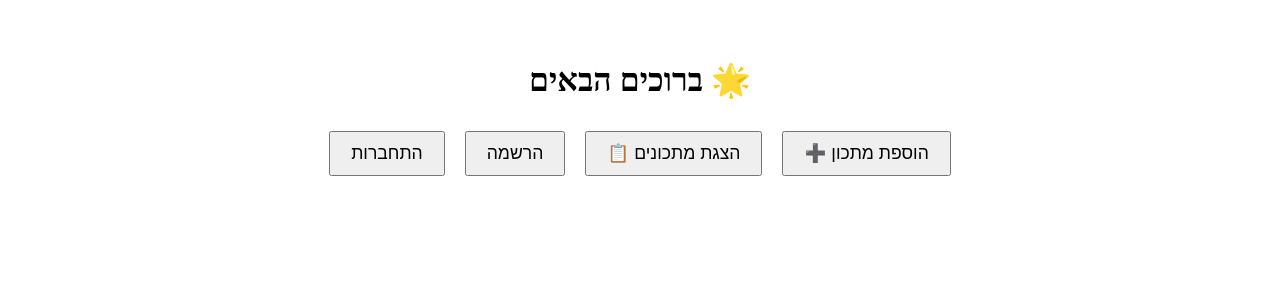
Repository: saraAber/Recipes_ReactProject
Page: /
These files come from the project's save history. The page is drawn as it stood at one moment and after the next save; the edit follows.
The browser window is 1280 px wide. The pictures show the whole page.
The project was rebuilt for these pictures with package versions that can differ from the ones it lists, and the page was loaded fresh each time. Also part of the build but not shown: vite.config.ts, src/components/Login.tsx, src/components/SignIn.tsx.

Above is the page before, as saved 2025-05-04 21:48:41.

### src/main.tsx
// import { BrowserRouter as Router, Routes, Route } from "react-router-dom";
// import HomePage from "./components/HomePage.tsx";
// import Recipes from './components/Recipes.tsx'
// import AddRecipe from './components/addRecipe.tsx';
// import EditRecipe from './components/editRecipe.tsx';
// import { AuthProvider } from "./contexts/AuthUserContext.tsx";
// import { Outlet } from 'react-router-dom';

// function App() {

//   return (
//     <>
//       <AuthProvider>
//         <Router>
//           <Routes>
//             <Route path="/" element={<Outlet />} />
//             <Route path='*' element={<HomePage />} />
//             <Route path='/recipes' element={<Recipes />} />
//             <Route path="/editRecipe" element={<EditRecipe recipeId={1} onRecipeUpdated={(updatedRecipe) => console.log(updatedRecipe)} />} />
//             <Route path='/addRecipe' element={<AddRecipe />} />

//           </Routes>
//           <Outlet />
//         </Router>
//       </AuthProvider>

//     </>
//   )
// }
// export default App


import React from "react";
import ReactDOM from "react-dom/client";
import App from "./App"; // לוודא שהנתיב נכון!

ReactDOM.createRoot(document.getElementById("root")!).render(
  <React.StrictMode>
    <App />
  </React.StrictMode>
);

### src/App.tsx
import { BrowserRouter as Router, Routes, Route } from "react-router-dom";
import "./App.css";
import HomePage from "./components/HomePage";
import { AuthProvider } from "./contexts/AuthUserContext";

function App() {
  console.log("App Loaded!");

  return (
    <AuthProvider>
      <Router>
        <Routes>
          <Route path="/" element={<HomePage />} />
          {/* <Route path="/recipes" element={<Recipes />} />
          <Route path="/editRecipe" element={<EditRecipe recipeId={1} onRecipeUpdated={(updatedRecipe) => console.log(updatedRecipe)} />} />
          <Route path="/addRecipe" element={<AddRecipe />} /> */}
          <Route path="*" element={<HomePage />} />
        </Routes>
      </Router>
    </AuthProvider>
  );
}

export default App;

### src/App.css
body{
  background-color: ;
}
.home-container {
  text-align: center;
  padding: 2rem;
}

.button-group button {
  margin: 10px;
  padding: 10px 20px;
  font-size: 1.1rem;
}

.modal-overlay {
  position: fixed;
  top: 0; left: 0; right: 0; bottom: 0;
  background: rgba(0, 0, 0, 0.75);
  display: flex; align-items: center; justify-content: center;
  z-index: 1000;
}

.modal {
  background: #000;
  color: aquamarine;
  padding: 30px;
  border: 2px solid white;
  border-radius: 15px;
  width: 300px;
}

.modal input {
  width: 100%;
  margin-bottom: 10px;
  padding: 8px;
}

.modal-buttons {
  display: flex;
  justify-content: space-between;
}

.error {
  color: red;
  font-size: 12px;
}

### src/components/HomePage.tsx
// import { useState } from "react";
// import { useNavigate } from "react-router-dom";
// import { useAuth } from "../contexts/AuthUserContext"; // אם מוגדר alias ב-vite.config.ts
// import axios from "axios"; // ודא שהוא מותקן עם npm install axios

// function HomePage() {
//   const [text, setText] = useState("Enter to recipes!");
//   const [showModal, setShowModal] = useState(false); // מודאל להרשמה
//   const [showLoginModal, setShowLoginModal] = useState(false); // מודאל להתחברות
//   const [email, setEmail] = useState("");
//   const [password, setPassword] = useState("");
//   const [name, setName] = useState("");
//   const [phone, setPhone] = useState("");
//   const [tz, setTz] = useState("");
//   const [errors, setErrors] = useState<{ email?: string; password?: string; name?: string; phone?: string; tz?: string }>({});
//   const navigate = useNavigate();
//   const { saveUser } = useAuth();

//   // פונקציה להתחברות
//   const handleLogin = async () => {
//     setErrors({});
//     // בדיקה אם השדות ריקים
//     if (!email || !password) {
//       setErrors({ email: "יש למלא את כל השדות" });
//       return; // אם השדות ריקים, לא שולחים את הבקשה ל-API
//     }

//     try {
//       // שליחת בקשת התחברות ל-API
//       const response = await axios.post('http://localhost:8080/api/user/sighin', {
//         username: email, // יש לוודא שהשם שמקבלים ב-API זה 'Username'
//         password: password, // יש לוודא גם שהשם של הסיסמה הוא 'Password'
//       });

//       console.log("Login Success:", response.data);
//       saveUser(response.data.user); // שמירה של המשתמש לאחר התחברות מוצלחת
//       navigate("/recipes"); // ניווט לדף המתכונים לאחר התחברות מוצלחת
//     } catch (error) {
//       console.error("Login Error:", error);
//       setErrors({ email: "שגיאה בהתחברות. בדוק את הפרטים ונסה שוב." });
//     }
//   };

//   // פונקציה להרשמה
//   const handleRegister = async () => {
//     setErrors({});
//     let newErrors: { email?: string; password?: string; name?: string; phone?: string; tz?: string } = {};

//     if (!email.includes("@") || !email.includes(".")) newErrors.email = "האימייל חייב להיות תקין (למשל: example@mail.com)";
//     if (!password.trim()) newErrors.password = "יש להזין סיסמה";
//     if (!name.trim()) newErrors.name = "יש להזין שם";
//     if (!phone.trim()) newErrors.phone = "יש להזין מספר טלפון";
//     if (!tz.trim()) newErrors.tz = "יש להזין מספר זהות";

//     if (Object.keys(newErrors).length > 0) {
//       setErrors(newErrors);
//       return;
//     }

//     // אם המייל לא קיים, נבצע הרשמה
//     try {
//       const response = await axios.post('http://localhost:8080/api/user/sighin', {
//         name: name,
//         phone: phone,
//         tz: tz,
//         email: email,
//         password: password,
//       });

//       console.log("Registration Success:", response.data);
//       saveUser(response.data.user); // שמירה של המשתמש לאחר הרשמה
//       alert("נרשמת בהצלחה!");
//       setShowModal(false);
//       navigate("/home"); // לאחר הרשמה מוצלחת, נווט לדף הבית

//     } catch (error) {
//       console.error("Registration Error:", error);
//       setErrors({ email: "שגיאה בהרשמה. נסה שוב." });
//     }
//   };

//   return (
//     <div>
//       <h1>Welcome to the Home Page!</h1>
//       <div className="extra-card">
//         {/* כפתור שיפתח את המודאל של התחברות */}
//         <button onClick={() => setShowLoginModal(true)}>{text}</button>
//         {/* כפתור שיפתח את המודאל של הרשמה */}
//         <button onClick={() => setShowModal(true)}>to connect~</button>
//       </div>

//       {/* מודאל של התחברות */}
//       {showLoginModal && (
//         <div style={{ position: "fixed", top: "0", left: "0", right: "0", bottom: "0", backgroundColor: "rgba(0, 0, 0, 0.7)", zIndex: "999", display: "flex", justifyContent: "center", alignItems: "center" }}>
//           <div style={{ backgroundColor: "black", color: "aquamarine", padding: "55px", border: "2px solid white", borderRadius: "15px", boxShadow: "0 0 10px rgba(255, 255, 255, 0.3)" }}>
//             <h2>התחבר</h2>
//             <input type="email" placeholder="אימייל" value={email} onChange={(e) => setEmail(e.target.value)} style={{ display: "block", marginBottom: "8px", padding: "5px", width: "100%" }} />
//             {errors.email && <span style={{ color: "red", fontSize: "12px" }}>{errors.email}</span>}
//             <input type="password" placeholder="סיסמה" value={password} onChange={(e) => setPassword(e.target.value)} style={{ display: "block", marginBottom: "5px", padding: "5px", width: "100%" }} />
//             {errors.password && <span style={{ color: "red", fontSize: "12px" }}>{errors.password}</span>}
//             <br /><br />
//             <button onClick={handleLogin} style={{ marginRight: "10px" }}>כניסה</button>
//             <button onClick={() => setShowLoginModal(false)}>סגור</button>
//           </div>
//         </div>
//       )}

//       {/* מודאל של הרשמה */}
//       {showModal && (
//         <div style={{ position: "fixed", top: "0", left: "0", right: "0", bottom: "0", backgroundColor: "rgba(0, 0, 0, 0.7)", zIndex: "999", display: "flex", justifyContent: "center", alignItems: "center" }}>
//           <div style={{ backgroundColor: "black", color: "aquamarine", padding: "55px", border: "2px solid white", borderRadius: "15px", boxShadow: "0 0 10px rgba(255, 255, 255, 0.3)" }}>
//             <h2>הירשם</h2>
//             <input type="text" placeholder="שם" value={name} onChange={(e) => setName(e.target.value)} style={{ display: "block", marginBottom: "8px", padding: "5px", width: "100%" }} />
//             {errors.name && <span style={{ color: "red", fontSize: "12px" }}>{errors.name}</span>}
//             <input type="tel" placeholder="טלפון" value={phone} onChange={(e) => setPhone(e.target.value)} style={{ display: "block", marginBottom: "8px", padding: "5px", width: "100%" }} />
//             {errors.phone && <span style={{ color: "red", fontSize: "12px" }}>{errors.phone}</span>}
//             <input type="text" placeholder="ת.ז" value={tz} onChange={(e) => setTz(e.target.value)} style={{ display: "block", marginBottom: "8px", padding: "5px", width: "100%" }} />
//             {errors.tz && <span style={{ color: "red", fontSize: "12px" }}>{errors.tz}</span>}
//             <input type="email" placeholder="אימייל" value={email} onChange={(e) => setEmail(e.target.value)} style={{ display: "block", marginBottom: "8px", padding: "5px", width: "100%" }} />
//             {errors.email && <span style={{ color: "red", fontSize: "12px" }}>{errors.email}</span>}
//             <input type="password" placeholder="סיסמה" value={password} onChange={(e) => setPassword(e.target.value)} style={{ display: "block", marginBottom: "5px", padding: "5px", width: "100%" }} />
//             {errors.password && <span style={{ color: "red", fontSize: "12px" }}>{errors.password}</span>}
//             <br /><br />
//             <button onClick={handleRegister} style={{ marginRight: "10px" }}>הרשמה</button>
//             <button onClick={() => setShowModal(false)}>סגור</button>
//           </div>
//         </div>
//       )}
//     </div>
//   );
// }

// export default HomePage;


import { useState } from "react";
import { useNavigate } from "react-router-dom";
import { useAuth } from "../contexts/AuthUserContext";
import LoginModal from "./Login";
import SignupModal from "./SignIn";

function HomePage() {
  const [showLogin, setShowLogin] = useState(false);
  const [showSignup, setShowSignup] = useState(false);
  const navigate = useNavigate();
  const { user } = useAuth();

  return (
    <div className="home-container">
      <h1>ברוכים הבאים 🌟</h1>
      <div className="button-group">
        {!user && (
          <>
            <button onClick={() => setShowLogin(true)}>התחברות</button>
            <button onClick={() => setShowSignup(true)}>הרשמה</button>
          </>
        )}
        <button onClick={() => navigate("/recipes")}>📋 הצגת מתכונים</button>
        <button onClick={() => navigate("/addRecipe")}>➕ הוספת מתכון</button>
      </div>

      {showLogin && <LoginModal onClose={() => setShowLogin(false)} />}
      {showSignup && <SignupModal onClose={() => setShowSignup(false)} />}
    </div>
  );
}

export default HomePage;

### src/contexts/AuthUserContext.tsx
import React, { ReactNode, createContext, useContext, useState } from "react";


// ממשק שמגדיר את סוגי הנתונים
export interface SignInFormInputs {
    username: string;
    email: string;
    password: string;
}

// טיפוס לקונטקסט
// טיפוס לקונטקסט
export interface AuthContextType {
    user: SignInFormInputs | null;
    isLoggedIn: boolean;
    saveUser: (user: SignInFormInputs) => void;
    clearUser: () => void;
}


// יצירת הקונטקסט
const AuthContext = createContext<AuthContextType | undefined>(undefined);

export interface AuthProviderProps {
    children: ReactNode;
}

// ספק גישה לנתוני המשתמש
export const AuthProvider: React.FC<AuthProviderProps> = ({ children }) => {
    const [user, setUser] = useState<SignInFormInputs | null>(() => {
        const storedUser = localStorage.getItem("user");
        return storedUser ? JSON.parse(storedUser) : null;
    });

    const [isLoggedIn, setIsLoggedIn] = useState<boolean>(!!user);

    const saveUser = (user: SignInFormInputs) => {
        localStorage.setItem("user", JSON.stringify(user));
        setUser(user);
        setIsLoggedIn(true);
    };

    const clearUser = () => {
        localStorage.removeItem("user");
        setUser(null);
        setIsLoggedIn(false);
    };

    return (
        <AuthContext.Provider value={{ user, isLoggedIn, saveUser, clearUser  }}>
            {children}
        </AuthContext.Provider>
    );
};

// הוק לשימוש בקונטקסט
export const useAuth = (): AuthContextType => {
    const context = useContext(AuthContext);
    if (!context) {
        throw new Error("useAuth must be used within an AuthProvider");
    }
    return context;
};

Loaded but not shown: index.html (common file)

After the next save:
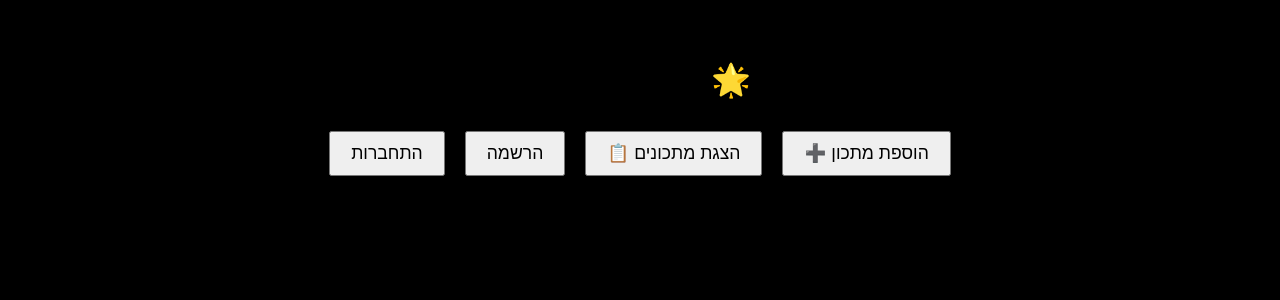
Saved 2 s later.
--- a/src/App.css
+++ b/src/App.css
@@ -1,5 +1,5 @@
 body{
-  background-color: ;
+  background-color: black;
 }
 .home-container {
   text-align: center;
